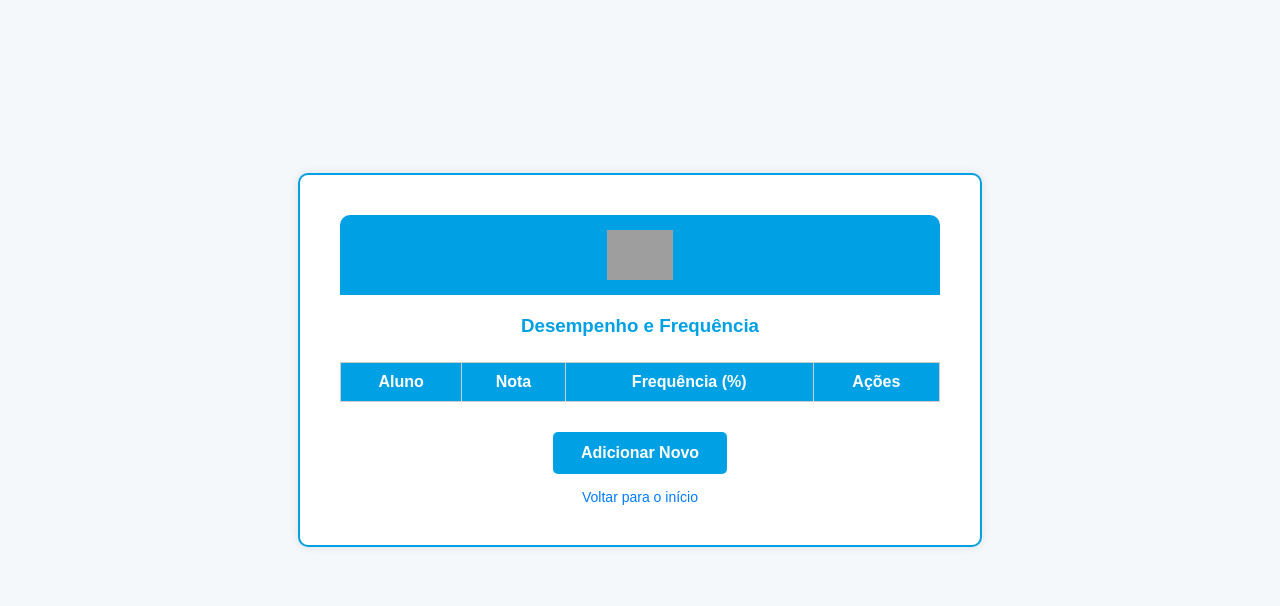
Repository: Guilherme-burle/Portal-do-Aluno-P2
Page: http://localhost/desempenho/
An editor plug-in stored every save of this project. The page is shown before and after the next save, followed by the edit.
The browser window is 1280 px wide. The pictures show the whole page.
Pictures or frames that could not be fetched are drawn as grey boxes. The page is served by the project's application, run on Django 5.2 (PortaldoAluno/manage.py). A made-up administrator, testuser (Test User, test@example.com), is signed in. Other server files are loaded and not shown. Queries for data that is not in the repository find no rows.

Above is the page before, as saved 2025-05-19 17:30:40.

### PortaldoAluno/Aplicativo/templates/listD&F.html
<!DOCTYPE html>
<html lang="pt-br">
<head>
  <meta charset="UTF-8" />
  <title>Visualizar Desempenho e Frequência</title>
  <style>
    body {
      font-family: Arial, sans-serif;
      background-color: #f5f8fa;
      margin: 0;
      padding: 0;
      display: flex;
      justify-content: center;
      align-items: center;
      height: 100vh;
    }

    .container {
      background-color: white;
      padding: 40px;
      border-radius: 10px;
      border: 2px solid #00a0e4;
      box-shadow: 0 0 10px rgba(0,0,0,0.1);
      text-align: center;
      width: 600px;
      overflow-y: auto;
      max-height: 90vh;
    }

    .logo {
      background-color: #00a0e4;
      padding: 15px;
      border-radius: 10px 10px 0 0;
      display: flex;
      align-items: center;
      justify-content: center;
    }

    .logo img {
      height: 50px;
    }

    h3 {
      color: #00a0e4;
      margin-top: 20px;
      margin-bottom: 25px;
    }

    table {
      width: 100%;
      border-collapse: collapse;
      margin-bottom: 20px;
    }

    th, td {
      border: 1px solid #ccc;
      padding: 10px;
      text-align: center;
    }

    th {
      background-color: #00a0e4;
      color: white;
    }

    .btn {
      background-color: #00a0e4;
      color: white;
      border: none;
      padding: 12px;
      width: 150px;
      border-radius: 5px;
      cursor: pointer;
      font-weight: bold;
      margin-top: 10px;
      text-decoration: none;
      display: inline-block;
    }

    .btn:hover {
      background-color: #007bbd;
    }

    .voltar {
      margin-top: 15px;
      font-size: 14px;
    }

    .voltar a {
      color: #007bff;
      text-decoration: none;
    }

    .voltar a:hover {
      text-decoration: underline;
    }
  </style>
</head>
<body>
  <div class="container">
    <div class="logo">
      <img src="https://i.imgur.com/7H8lMIL.png" alt="Logo Instituto Solidare" />
    </div>

    <h3>Desempenho e Frequência</h3>

    <table>
      <thead>
        <tr>
          <th>Aluno</th>
          <th>Nota</th>
          <th>Frequência (%)</th>
          <th>Ações</th>
        </tr>
      </thead>
      <tbody>

      </tbody>
    </table>

    <a href="/desempenho/adicionar" class="btn">Adicionar Novo</a>

    <div class="voltar">
      <a href="/">Voltar para o início</a>
    </div>
  </div>
</body>
</html>

### PortaldoAluno/Aplicativo/decorators.py
from django.shortcuts import redirect

def login_required(view_func):
    def wrapper(request, *args, **kwargs):
        if not request.user.is_authenticated:
            return redirect('login')
        return view_func(request, *args, **kwargs)
    return wrapper

### PortaldoAluno/Aplicativo/views.py
from django.contrib.auth import logout
from django.contrib.auth.models import User
from django.shortcuts import render, redirect, get_object_or_404
from django.contrib.auth import authenticate, login as auth_login
from .models import Aluno, Avaliacao, EventoCalendario, DesempenhoFrequencia
from django.contrib import messages
from django.urls import reverse
from .decorators import login_required
from django.contrib.auth.hashers import make_password
from datetime import date


@login_required
def home(request):
    return render(request, 'home.html')

@login_required
def home_adm(request):
    alunos = Aluno.objects.all()
    return render(request, 'homeadm.html', {'alunos': alunos})

def cadastro(request):
    if request.method == 'POST':
        nome = request.POST.get('nome')
        email = request.POST.get('email')
        senha = request.POST.get('senha')
        is_admin = request.POST.get('is_admin') == 'on'

        print(f"Nome: {nome}")
        print(f"E-mail: {email}")
        print(f"Senha: {senha}")
        print(f"Administrador: {is_admin}")

        if User.objects.filter(email=email).exists():
            return render(request, 'cadastro.html', {'mensagem': 'E-mail já está em uso.'})

        try:
            user = User.objects.create_user(
                username=email,
                email=email,
                password=senha,
                first_name=nome,
                is_superuser=is_admin,
                is_staff=is_admin
            )
            user.save()

            print(f"Usuário {user.username} cadastrado com sucesso!")

            return redirect('login')

        except Exception as e:
            print(f"Erro ao criar o usuário: {e}")
            return render(request, 'cadastro.html', {
                'mensagem': 'Erro ao cadastrar o usuário. Tente novamente.',
                'tipo_mensagem': 'error'
            })

    return render(request, 'cadastro.html')

def login(request):
    if request.method == 'POST':
        username = request.POST.get('username')
        password = request.POST.get('password')

        print(f"Username: {username}, Password: {password}")
        user = authenticate(request, username=username, password=password)

        if user:
            print("Usuário autenticado!")
            auth_login(request, user)
            return redirect('homeadm') if user.is_staff else redirect('home')
        else:
            print("Dados inválidos")
            return render(request, 'login.html', {'erro': 'Dados inválidos'})

    return render(request, 'login.html')

@login_required
def logout_view(request):
    logout(request)
    return redirect('home')

@login_required
def add_aluno(request):
    if request.method == 'POST':
        nome = request.POST.get('nome')
        data_nascimento = request.POST.get('data_nascimento')
        escolaridade = request.POST.get('escolaridade')
        turno = request.POST.get('turno')
        escola = request.POST.get('escola')
        endereco = request.POST.get('endereco')
        bairro = request.POST.get('bairro')
        telefone = request.POST.get('telefone')
        curso = request.POST.get('curso')

        if not all([nome, data_nascimento, escolaridade, turno, escola, endereco, bairro, telefone, curso]):
            return render(request, 'add.html', {'erro': 'Todos os campos são obrigatórios'})

        aluno = Aluno.objects.create(
            nome=nome,
            data_nascimento=data_nascimento,
            escolaridade=escolaridade,
            turno=turno,
            escola=escola,
            endereco=endereco,
            bairro=bairro,
            telefone=telefone,
            curso=curso,
        )

        aluno.save()

        messages.success(request, 'Aluno cadastrado com sucesso!')
        return render(request, 'add.html')

    return render(request, 'add.html')

@login_required
def ver(request):
    alunos = Aluno.objects.all()

    return render(request, 'ver.html', {'alunos': alunos})

@login_required
def deletar_alunos(request, aluno_id):
    aluno = get_object_or_404(Aluno, id=aluno_id)
    aluno.delete()
    return redirect(request.META.get('HTTP_REFERER', 'ver'))

@login_required
def editar_alunos(request, aluno_id):
    aluno = get_object_or_404(Aluno, id=aluno_id)

    if request.method == 'POST':
        nome = request.POST.get('nome')
        data_nascimento = request.POST.get('data_nascimento')
        escolaridade = request.POST.get('escolaridade')
        turno = request.POST.get('turno')
        escola = request.POST.get('escola')
        endereco = request.POST.get('endereco')
        bairro = request.POST.get('bairro')
        telefone = request.POST.get('telefone')
        curso = request.POST.get('curso')

        alterado = (
            nome != aluno.nome or
            data_nascimento != str(aluno.data_nascimento) or
            escolaridade != aluno.escolaridade or
            turno != aluno.turno or
            escola != aluno.escola or
            endereco != aluno.endereco or
            bairro != aluno.bairro or
            telefone != aluno.telefone or
            curso != aluno.curso
        )

        if alterado:
            aluno.nome = nome
            aluno.data_nascimento = data_nascimento
            aluno.escolaridade = escolaridade
            aluno.turno = turno
            aluno.escola = escola
            aluno.endereco = endereco
            aluno.bairro = bairro
            aluno.telefone = telefone
            aluno.curso = curso
            aluno.save()
            messages.success(request, 'Informações atualizadas com sucesso!')
        else:
            messages.error(request, 'Você precisa alterar alguma informação.')

    return render(request, 'editar.html', {'aluno': aluno})

@login_required
def avaliar_solidare(request):
    if request.method == 'POST':
        pergunta_1 = request.POST.get('pergunta_1')
        pergunta_2 = request.POST.get('pergunta_2')
        pergunta_3 = request.POST.get('pergunta_3')
        sugestao = request.POST.get('sugestao', '')

        if not all([pergunta_1, pergunta_2, pergunta_3]):
            messages.error(request, 'Responda todos os campos.')
            return render(request, 'avaliacao.html')

        Avaliacao.objects.create(
            pergunta_1=pergunta_1,
            pergunta_2=pergunta_2,
            pergunta_3=pergunta_3,
            sugestao=sugestao
        )
        messages.success(request, 'Avaliação enviada com sucesso!')

    return render(request, 'avaliacao.html')

@login_required
def calendario(request):
    hoje = date.today()
    eventos = EventoCalendario.objects.filter(user=request.user).order_by('data')
    meses = ["Janeiro", "Fevereiro", "Março", "Abril", "Maio", "Junho", "Julho", "Agosto", "Setembro", "Outubro", "Novembro", "Dezembro"]
    dias_semana = ["Dom", "Seg", "Ter", "Qua", "Qui", "Sex", "Sab"]
    contexto = {
        'meses': meses,
        'dias_semana': dias_semana,
        'eventos': eventos,
        'ano_atual': hoje.year,
        'mes_atual': hoje.month - 1
    }
    return render(request, 'calendario.html', contexto)

@login_required
def add_eventos(request):
    data = request.GET.get('data')

    if request.method == 'POST':
        nome = request.POST.get('nome')
        horario = request.POST.get('horario')


        if nome and data:
            EventoCalendario.objects.create(nome=nome, data=data, horario=horario, user=request.user)
            messages.success(request, "Evento adicionado com sucesso!")
            return redirect('calendario')
        else:
            return render(request, 'add_eventos.html', {'erro': 'Dados incompletos.', 'data': data})

    if not data:
        return render(request, 'erro.html', {'mensagem': 'Data não informada.'})

    return render(request, 'add_eventos.html', {'data': data})

@login_required
def desempenho_create(request):
    if request.method == 'POST':
        aluno_id = request.POST.get('aluno')
        faltas = request.POST.get('faltas')
        desempenho = request.POST.get('desempenho')
        emoji = request.POST.get('emoji')
        comentario = request.POST.get('comentario_professor')

        aluno = get_object_or_404(Aluno, id=aluno_id)

        DesempenhoFrequencia.objects.create(
            aluno=aluno,
            faltas=faltas,
            desempenho=desempenho,
            emoji=emoji,
            comentario_professor=comentario
        )
        return redirect('listD&F')

    alunos = Aluno.objects.all()
    return render(request, 'addD&F.html', {'alunos': alunos})

@login_required
def desempenho_list(request):
    desempenhos = DesempenhoFrequencia.objects.select_related('aluno').all()
    return render(request, 'listD&F.html', {'desempenhos': desempenhos})

@login_required
def desempenho_edit(request, id):
    desempenho = get_object_or_404(DesempenhoFrequencia, id=id)

    if request.method == 'POST':
        desempenho.faltas = request.POST.get('faltas')
        desempenho.desempenho = request.POST.get('desempenho')
        desempenho.emoji = request.POST.get('emoji')
        desempenho.comentario_professor = request.POST.get('comentario_professor')
        desempenho.save()
        return redirect('listD&F')

    return render(request, 'editD&F.html', {'desempenho': desempenho})

@login_required
def desempenho_delete(request, id):
    desempenho = get_object_or_404(DesempenhoFrequencia, id=id)
    desempenho.delete()
    return redirect('listD&F')

### PortaldoAluno/projeto/urls.py
"""
URL configuration for portal project.

The `urlpatterns` list routes URLs to views. For more information please see:
    https://docs.djangoproject.com/en/5.2/topics/http/urls/
Examples:
Function views
    1. Add an import:  from my_app import views
    2. Add a URL to urlpatterns:  path('', views.home, name='home')
Class-based views
    1. Add an import:  from other_app.views import Home
    2. Add a URL to urlpatterns:  path('', Home.as_view(), name='home')
Including another URLconf
    1. Import the include() function: from django.urls import include, path
    2. Add a URL to urlpatterns:  path('blog/', include('blog.urls'))
"""
from django.contrib import admin
from django.urls import path, include

urlpatterns = [
    path('admin/', admin.site.urls),
    path('', include('Aplicativo.urls')),
]

### PortaldoAluno/Aplicativo/urls.py
from django.urls import path
from . import views

urlpatterns = [
    path('', views.home, name='home'),
    path('login/', views.login, name='login'),
    path('logout/', views.logout_view, name='logout'),
    path('cadastro/', views.cadastro, name='cadastro'),
    path('add/', views.add_aluno, name='add'),
    path('homeadm/', views.home_adm, name='homeadm'),
    path('ver/', views.ver, name='ver'),
    path('ver/<int:aluno_id>/deletar', views.deletar_alunos, name='deletar'),
    path('ver/<int:aluno_id>/editar', views.editar_alunos, name='editar'),
    path('avaliacao/', views.avaliar_solidare, name='avaliacao'),
    path('calendario/', views.calendario, name='calendario'),
    path('add_eventos/', views.add_eventos, name='add_eventos'),
    path('desempenho/adicionar/', views.desempenho_create, name='desempenho_create'),
    path('desempenho/', views.desempenho_list, name='desempenho_list'),
    path('desempenho/editar/<int:id>/', views.desempenho_edit, name='desempenho_edit'),
    path('desempenho/excluir/<int:id>/', views.desempenho_delete, name='desempenho_delete'),
]

After the next save:
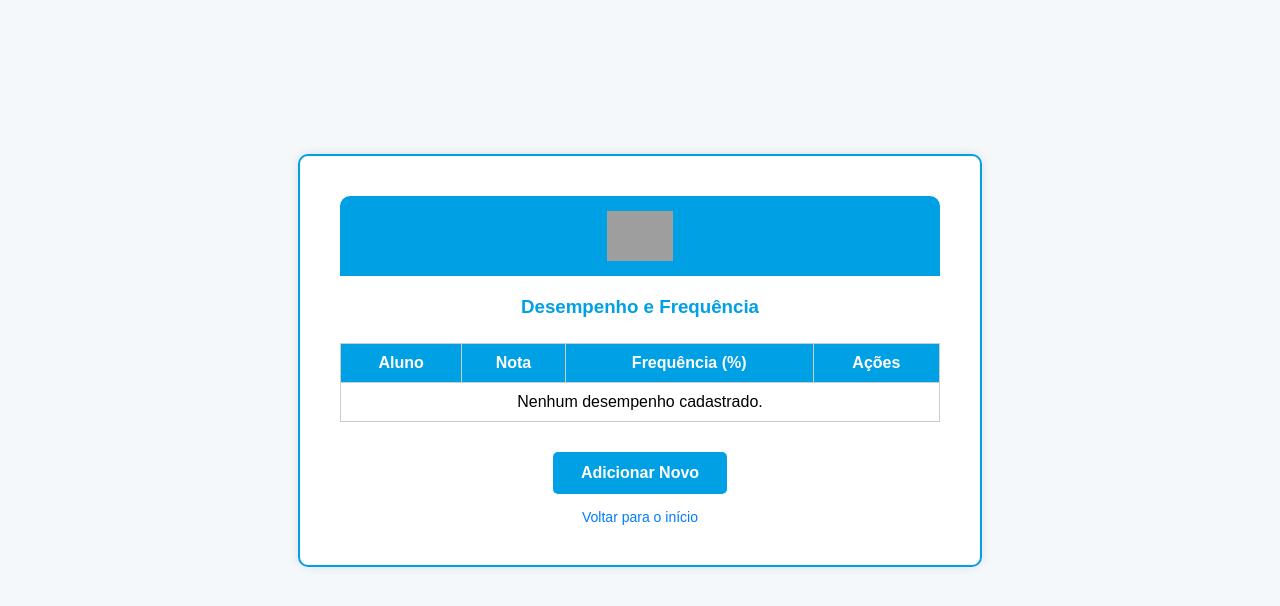
Saved 19 s later.
--- a/PortaldoAluno/Aplicativo/templates/listD&F.html
+++ b/PortaldoAluno/Aplicativo/templates/listD&F.html
@@ -114,7 +114,18 @@
         </tr>
       </thead>
       <tbody>
-
+        {% for desempenho in desempenhos %}
+        <tr>
+          <td>{{ desempenho.nome_aluno }}</td>
+          <td>{{ desempenho.nota }}</td>
+          <td>{{ desempenho.frequencia }}</td>
+          <td><a class="btn" href="{% url 'desempenho_editar' desempenho.id %}">Editar</a></td>
+        </tr>
+        {% empty %}
+        <tr>
+          <td colspan="4">Nenhum desempenho cadastrado.</td>
+        </tr>
+        {% endfor %}
       </tbody>
     </table>
 
